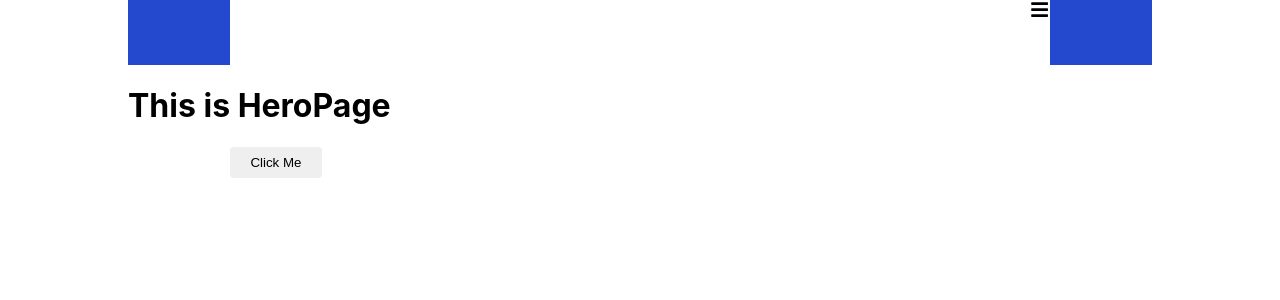
Repository: ajaygc95/Django-and-react
Page: / (app in galamart_sell/reactfrontend/)
An editor plug-in stored every save of this project. The page is shown before and after the next save, followed by the edit.
The browser window is 1280 px wide. The pictures show the whole page.
The project was rebuilt for these pictures with package versions that can differ from the ones it lists, and the page was loaded fresh each time. Also part of the build but not shown: galamart_sell/reactfrontend/src/components/Button.js, galamart_sell/reactfrontend/src/components/About.js, galamart_sell/reactfrontend/src/components/Shop.css, galamart_sell/reactfrontend/src/components/Shop.js, galamart_sell/reactfrontend/src/components/ItemDetail.js.

Above is the page before, as saved 2021-04-07 22:16:29.

After the next save:
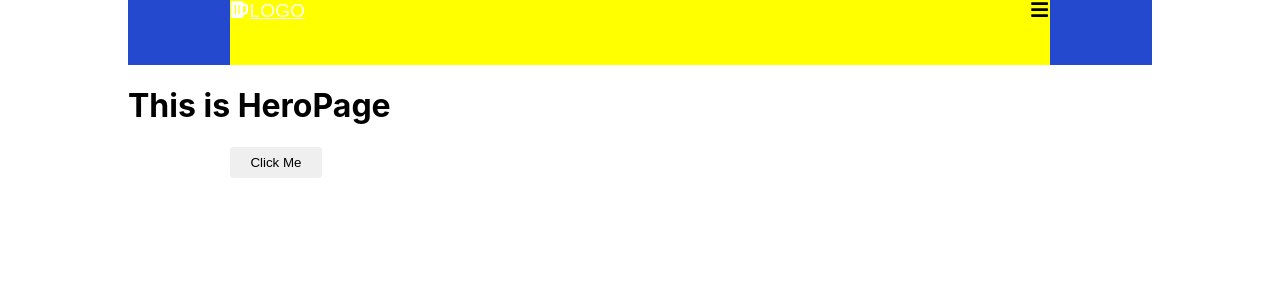
Saved 6 s later.
--- a/galamart_sell/reactfrontend/src/components/Nav.css
+++ b/galamart_sell/reactfrontend/src/components/Nav.css
@@ -13,7 +13,7 @@
 }
 
 .navbar-container {
-  background-color: white;
+  background-color: yellow;
   display: flex;
   justify-content: space-between;
   height: 65px;
